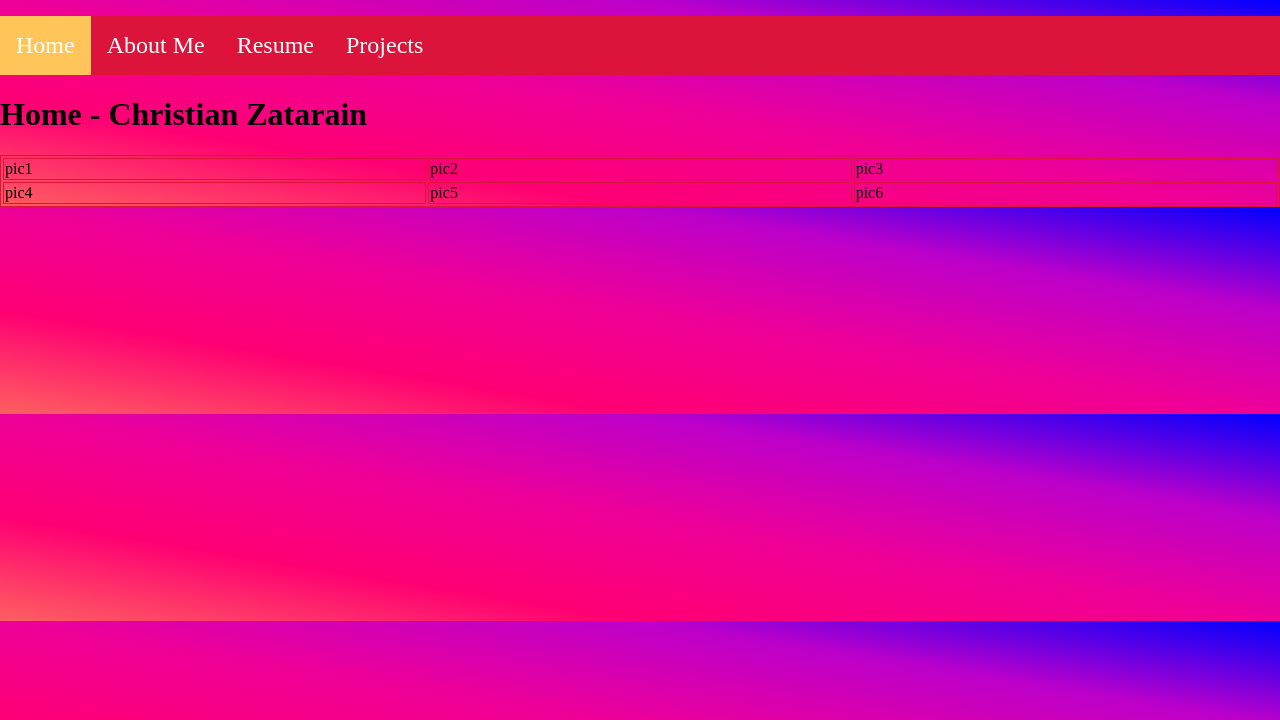
Repository: Zatarain10/Zatarain10.github.io
Page: index.html
The author's editor kept a record of every edit. The page is drawn from the files as they stood at one moment, then again after the next edit.
The browser window is 1280 px wide. The pictures show the whole page.

Above is the page before.

### index.html
<!DOCTYPE html>
<html>
    <head>
    <title>Home</title>
    <link rel="stylesheet" type="text/css" href="style.css">

    </head>
    <body>
        <ul class="navbar">
            <li class="active"><a href="/index.html">Home</a></li>
            <li><a href="aboutme.html">About Me</a></li>
            <li><a href="resume.html">Resume</a></li>
            <li class="dropdown">
                <div>Projects</div>
                <ul class="dropdown-content">
                    <li><a href="project1.html">Project 1</a></li>
                    <li><a href="project2.html">Project 2</a></li>
                    <li><a href="project3.html">Project 3</a></li>
                </ul>
            </li>
        </ul>

        <h1>Home - Christian Zatarain</h1>

        <table border="1"; bordercolor="crimson"; width="100%"; height="40%">
            <tr>
                <td>pic1</th>
                <td>pic2</th>
                <td>pic3</td>
            </tr>
            <tr>
                <td>pic4</td>
                <td>pic5</td>
                <td>pic6</td>
            </tr>
        </table>

    </body>
</html>

### style.css
        .navbar{
            list-style:none;
            background-color: Crimson;
            overflow:hidden;
            padding:0;
        }

        .navbar a, .dropdown div{
            text-decoration:none;
            color: white;
            font-size: 24px;
            padding: 16px;
            display:inline-block;
        }

        .navbar li{
            float:left;
        }

        .navbar li:hover{
            background-color:Cyan;
        }

        .dropdown-content{
            list-style:none;
            padding: 0;
            display:none;
            position:absolute;
            z-index:1;
            background-color: Crimson
        }

        .dropdown-content li{
            float:none;
        }

        .dropdown:hover .dropdown-content{
            display:block;
        }

        .active{
            background-color: #ffc559;
        }

        body{
            height: 100%;
            margin: 0;
            background-repeat: no-repeat;
            background-attachment: fixed;
            background: linear-gradient(to right top, #ff6060, #ff0073, #ee0098, #bc00ca, #0000ff);
        }

After the next edit:
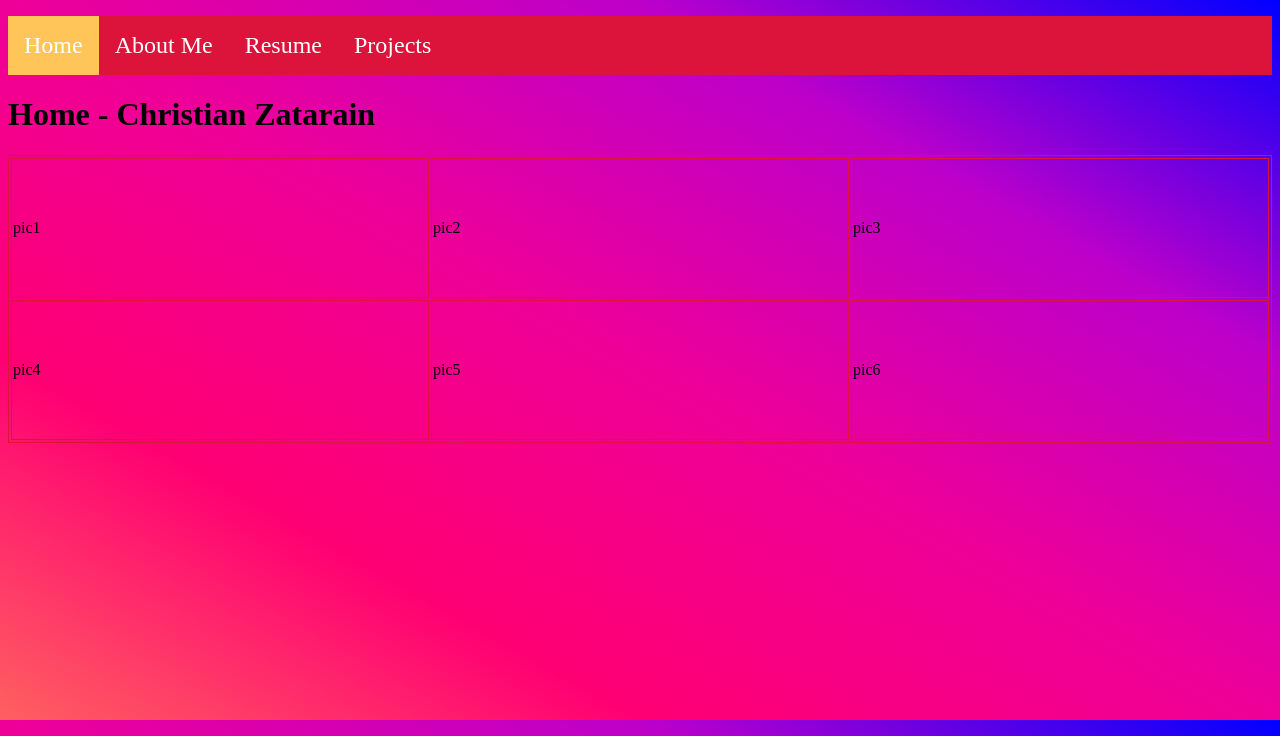
The edit:
--- a/style.css
+++ b/style.css
@@ -42,9 +42,12 @@
             background-color: #ffc559;
         }
 
+        html{
+            height: 100%;
+        }
+
         body{
             height: 100%;
-            margin: 0;
             background-repeat: no-repeat;
             background-attachment: fixed;
             background: linear-gradient(to right top, #ff6060, #ff0073, #ee0098, #bc00ca, #0000ff);
